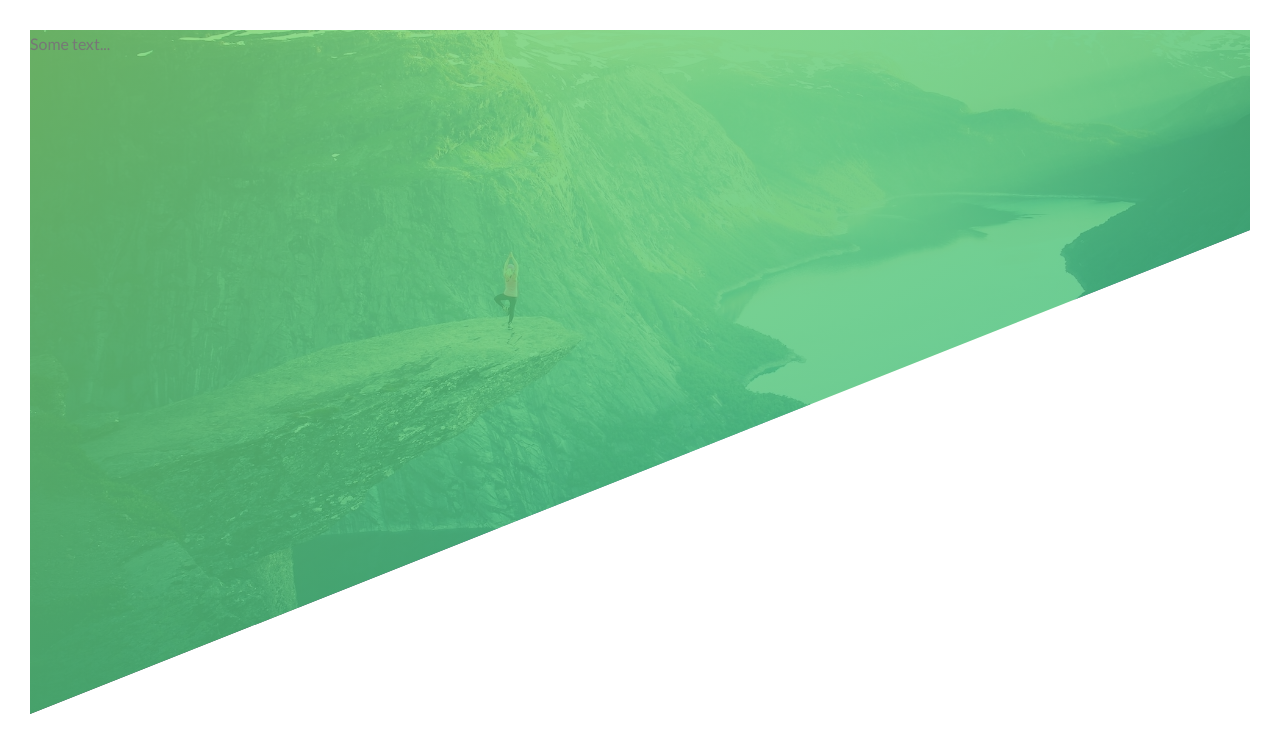
Repository: taivuong95/natours-fe
Page: index.html
An editor plug-in stored every save of this project. The page is shown before and after the next save, followed by the edit.
The browser window is 1280 px wide. The pictures show the whole page.

Above is the page before, as saved 2020-12-09 15:04:29.

### css/icon-font.css
@charset "UTF-8";

@font-face {
  font-family: "linea-basic-10";
  src:url("fonts/linea-basic-10.eot");
  src:url("fonts/linea-basic-10.eot?#iefix") format("embedded-opentype"),
    url("fonts/linea-basic-10.woff") format("woff"),
    url("fonts/linea-basic-10.ttf") format("truetype"),
    url("fonts/linea-basic-10.svg#linea-basic-10") format("svg");
  font-weight: normal;
  font-style: normal;

}

[data-icon]:before {
  font-family: "linea-basic-10" !important;
  content: attr(data-icon);
  font-style: normal !important;
  font-weight: normal !important;
  font-variant: normal !important;
  text-transform: none !important;
  speak: none;
  line-height: 1;
  -webkit-font-smoothing: antialiased;
  -moz-osx-font-smoothing: grayscale;
}

[class^="icon-"]:before,
[class*=" icon-"]:before {
  font-family: "linea-basic-10" !important;
  font-style: normal !important;
  font-weight: normal !important;
  font-variant: normal !important;
  text-transform: none !important;
  speak: none;
  line-height: 1;
  -webkit-font-smoothing: antialiased;
  -moz-osx-font-smoothing: grayscale;
}

.icon-basic-accelerator:before {
  content: "a";
}
.icon-basic-alarm:before {
  content: "b";
}
.icon-basic-anchor:before {
  content: "c";
}
.icon-basic-anticlockwise:before {
  content: "d";
}
.icon-basic-archive:before {
  content: "e";
}
.icon-basic-archive-full:before {
  content: "f";
}
.icon-basic-ban:before {
  content: "g";
}
.icon-basic-battery-charge:before {
  content: "h";
}
.icon-basic-battery-empty:before {
  content: "i";
}
.icon-basic-battery-full:before {
  content: "j";
}
.icon-basic-battery-half:before {
  content: "k";
}
.icon-basic-bolt:before {
  content: "l";
}
.icon-basic-book:before {
  content: "m";
}
.icon-basic-book-pen:before {
  content: "n";
}
.icon-basic-book-pencil:before {
  content: "o";
}
.icon-basic-bookmark:before {
  content: "p";
}
.icon-basic-calculator:before {
  content: "q";
}
.icon-basic-calendar:before {
  content: "r";
}
.icon-basic-cards-diamonds:before {
  content: "s";
}
.icon-basic-cards-hearts:before {
  content: "t";
}
.icon-basic-case:before {
  content: "u";
}
.icon-basic-chronometer:before {
  content: "v";
}
.icon-basic-clessidre:before {
  content: "w";
}
.icon-basic-clock:before {
  content: "x";
}
.icon-basic-clockwise:before {
  content: "y";
}
.icon-basic-cloud:before {
  content: "z";
}
.icon-basic-clubs:before {
  content: "A";
}
.icon-basic-compass:before {
  content: "B";
}
.icon-basic-cup:before {
  content: "C";
}
.icon-basic-diamonds:before {
  content: "D";
}
.icon-basic-display:before {
  content: "E";
}
.icon-basic-download:before {
  content: "F";
}
.icon-basic-exclamation:before {
  content: "G";
}
.icon-basic-eye:before {
  content: "H";
}
.icon-basic-eye-closed:before {
  content: "I";
}
.icon-basic-female:before {
  content: "J";
}
.icon-basic-flag1:before {
  content: "K";
}
.icon-basic-flag2:before {
  content: "L";
}
.icon-basic-floppydisk:before {
  content: "M";
}
.icon-basic-folder:before {
  content: "N";
}
.icon-basic-folder-multiple:before {
  content: "O";
}
.icon-basic-gear:before {
  content: "P";
}
.icon-basic-geolocalize-01:before {
  content: "Q";
}
.icon-basic-geolocalize-05:before {
  content: "R";
}
.icon-basic-globe:before {
  content: "S";
}
.icon-basic-gunsight:before {
  content: "T";
}
.icon-basic-hammer:before {
  content: "U";
}
.icon-basic-headset:before {
  content: "V";
}
.icon-basic-heart:before {
  content: "W";
}
.icon-basic-heart-broken:before {
  content: "X";
}
.icon-basic-helm:before {
  content: "Y";
}
.icon-basic-home:before {
  content: "Z";
}
.icon-basic-info:before {
  content: "0";
}
.icon-basic-ipod:before {
  content: "1";
}
.icon-basic-joypad:before {
  content: "2";
}
.icon-basic-key:before {
  content: "3";
}
.icon-basic-keyboard:before {
  content: "4";
}
.icon-basic-laptop:before {
  content: "5";
}
.icon-basic-life-buoy:before {
  content: "6";
}
.icon-basic-lightbulb:before {
  content: "7";
}
.icon-basic-link:before {
  content: "8";
}
.icon-basic-lock:before {
  content: "9";
}
.icon-basic-lock-open:before {
  content: "!";
}
.icon-basic-magic-mouse:before {
  content: "\"";
}
.icon-basic-magnifier:before {
  content: "#";
}
.icon-basic-magnifier-minus:before {
  content: "$";
}
.icon-basic-magnifier-plus:before {
  content: "%";
}
.icon-basic-mail:before {
  content: "&";
}
.icon-basic-mail-multiple:before {
  content: "'";
}
.icon-basic-mail-open:before {
  content: "(";
}
.icon-basic-mail-open-text:before {
  content: ")";
}
.icon-basic-male:before {
  content: "*";
}
.icon-basic-map:before {
  content: "+";
}
.icon-basic-message:before {
  content: ",";
}
.icon-basic-message-multiple:before {
  content: "-";
}
.icon-basic-message-txt:before {
  content: ".";
}
.icon-basic-mixer2:before {
  content: "/";
}
.icon-basic-mouse:before {
  content: ":";
}
.icon-basic-notebook:before {
  content: ";";
}
.icon-basic-notebook-pen:before {
  content: "<";
}
.icon-basic-notebook-pencil:before {
  content: "=";
}
.icon-basic-paperplane:before {
  content: ">";
}
.icon-basic-pencil-ruler:before {
  content: "?";
}
.icon-basic-pencil-ruler-pen:before {
  content: "@";
}
.icon-basic-photo:before {
  content: "[";
}
.icon-basic-picture:before {
  content: "]";
}
.icon-basic-picture-multiple:before {
  content: "^";
}
.icon-basic-pin1:before {
  content: "_";
}
.icon-basic-pin2:before {
  content: "`";
}
.icon-basic-postcard:before {
  content: "{";
}
.icon-basic-postcard-multiple:before {
  content: "|";
}
.icon-basic-printer:before {
  content: "}";
}
.icon-basic-question:before {
  content: "~";
}
.icon-basic-rss:before {
  content: "\\";
}
.icon-basic-server:before {
  content: "\e000";
}
.icon-basic-server2:before {
  content: "\e001";
}
.icon-basic-server-cloud:before {
  content: "\e002";
}
.icon-basic-server-download:before {
  content: "\e003";
}
.icon-basic-server-upload:before {
  content: "\e004";
}
.icon-basic-settings:before {
  content: "\e005";
}
.icon-basic-share:before {
  content: "\e006";
}
.icon-basic-sheet:before {
  content: "\e007";
}
.icon-basic-sheet-multiple:before {
  content: "\e008";
}
.icon-basic-sheet-pen:before {
  content: "\e009";
}
.icon-basic-sheet-pencil:before {
  content: "\e00a";
}
.icon-basic-sheet-txt:before {
  content: "\e00b";
}
.icon-basic-signs:before {
  content: "\e00c";
}
.icon-basic-smartphone:before {
  content: "\e00d";
}
.icon-basic-spades:before {
  content: "\e00e";
}
.icon-basic-spread:before {
  content: "\e00f";
}
.icon-basic-spread-bookmark:before {
  content: "\e010";
}
.icon-basic-spread-text:before {
  content: "\e011";
}
.icon-basic-spread-text-bookmark:before {
  content: "\e012";
}
.icon-basic-star:before {
  content: "\e013";
}
.icon-basic-tablet:before {
  content: "\e014";
}
.icon-basic-target:before {
  content: "\e015";
}
.icon-basic-todo:before {
  content: "\e016";
}
.icon-basic-todo-pen:before {
  content: "\e017";
}
.icon-basic-todo-pencil:before {
  content: "\e018";
}
.icon-basic-todo-txt:before {
  content: "\e019";
}
.icon-basic-todolist-pen:before {
  content: "\e01a";
}
.icon-basic-todolist-pencil:before {
  content: "\e01b";
}
.icon-basic-trashcan:before {
  content: "\e01c";
}
.icon-basic-trashcan-full:before {
  content: "\e01d";
}
.icon-basic-trashcan-refresh:before {
  content: "\e01e";
}
.icon-basic-trashcan-remove:before {
  content: "\e01f";
}
.icon-basic-upload:before {
  content: "\e020";
}
.icon-basic-usb:before {
  content: "\e021";
}
.icon-basic-video:before {
  content: "\e022";
}
.icon-basic-watch:before {
  content: "\e023";
}
.icon-basic-webpage:before {
  content: "\e024";
}
.icon-basic-webpage-img-txt:before {
  content: "\e025";
}
.icon-basic-webpage-multiple:before {
  content: "\e026";
}
.icon-basic-webpage-txt:before {
  content: "\e027";
}
.icon-basic-world:before {
  content: "\e028";
}

### css/style.css
/*
COLORS:

Light green: #7ed56f
Medium green: #55c57a
Dark green: #28b485

*/

* {
  margin: 0;
  padding: 0;
  box-sizing: border-box;
}

body {
  font-family: "Lato", sans-serif;
  font-weight: 400;
  font-size: 16px;
  line-height: 1.7;
  color: #777;
  padding: 30px;
}

.header {
  height: 95vh;
  background-image: linear-gradient(
      to right bottom,
      rgba(126, 213, 111, 0.8),
      rgba(40, 180, 133, 0.8)
    ),
    url(../img/hero.jpg);
  background-size: cover;
  background-position: top;
  clip-path: polygon(0 0, 100% 0, 100% 200px, 0 100%);
}

Loaded but not shown: index.html (common file)

After the next save:
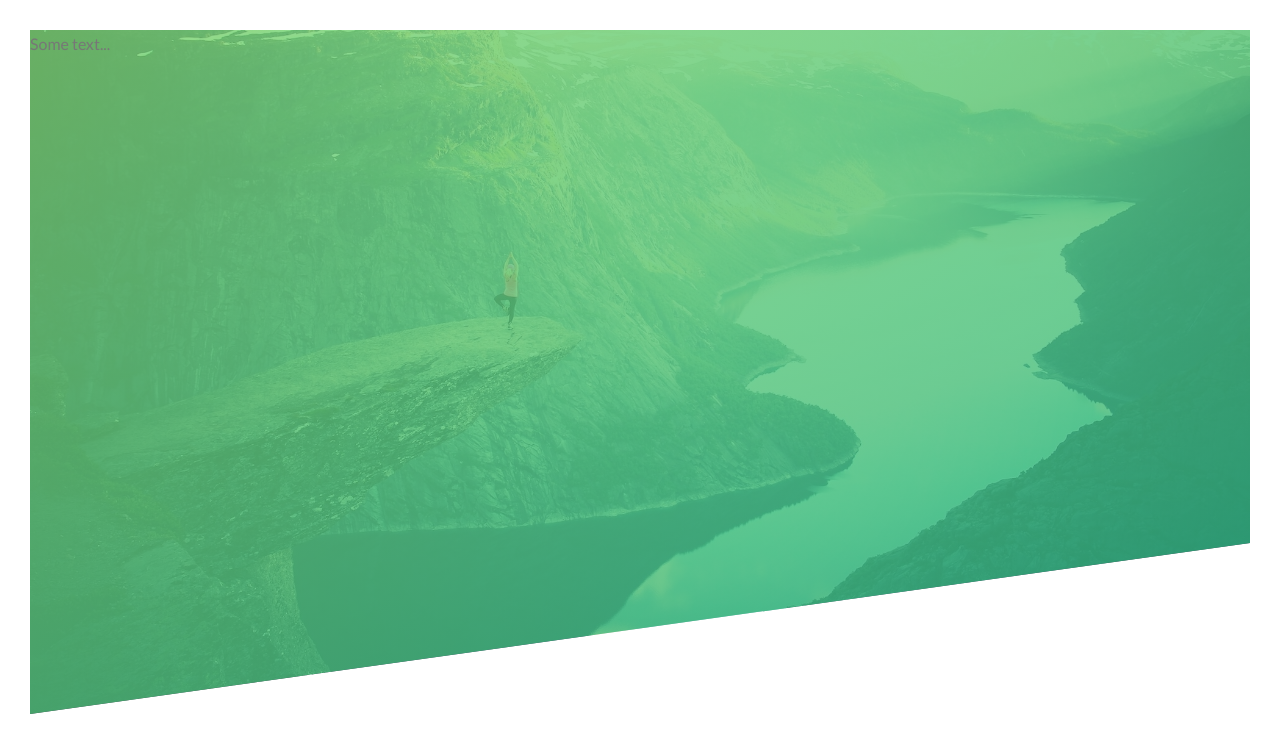
Saved 119 s later.
--- a/css/style.css
+++ b/css/style.css
@@ -32,5 +32,5 @@ body {
     url(../img/hero.jpg);
   background-size: cover;
   background-position: top;
-  clip-path: polygon(0 0, 100% 0, 100% 200px, 0 100%);
+  clip-path: polygon(0 0, 100% 0, 100% 75%, 0 100%);
 }
